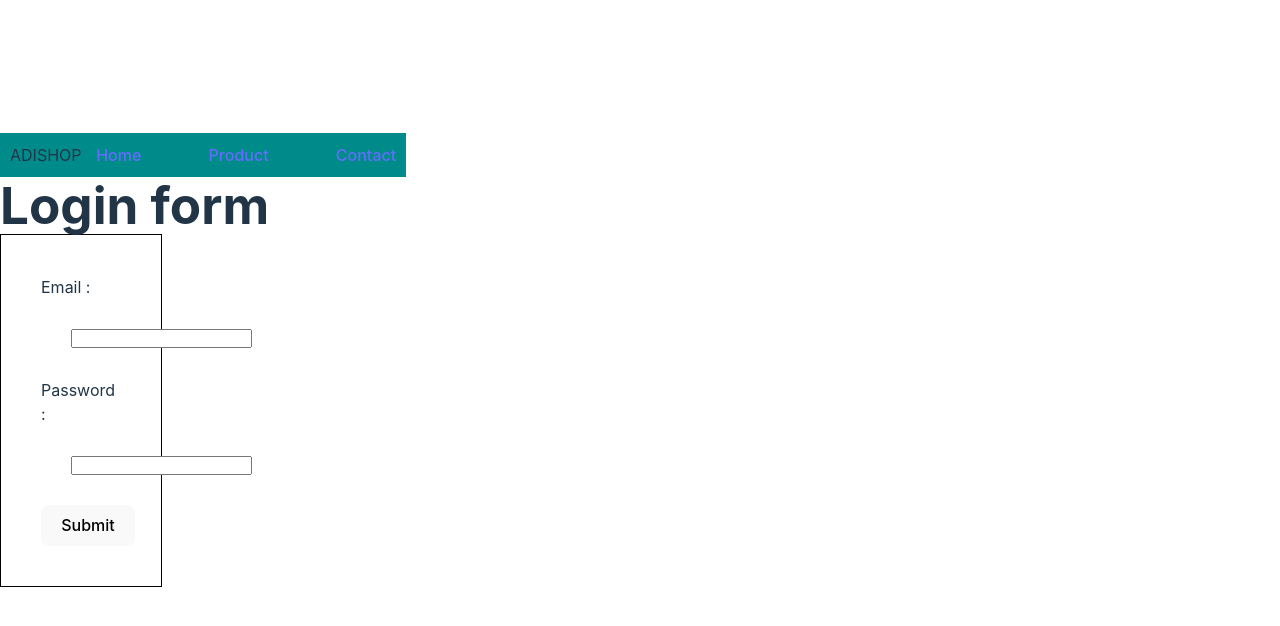
Repository: Aditya0377/React-ecommercewebsite
Page: /login (app in ecommerce/)
The author's editor kept a copy of each file at every save. The page is drawn from the files as they stood at one save, then again after the next save.
The browser window is 1280 px wide. The pictures show the whole page.
The project was rebuilt for these pictures with package versions that can differ from the ones it lists, and the page was loaded fresh each time. Also part of the build but not shown: ecommerce/vite.config.js, ecommerce/src/components/Home.jsx, ecommerce/src/components/Product.css, ecommerce/src/components/Product.jsx, ecommerce/src/components/Contact.jsx.

Above is the page before, as saved 2025-01-21 16:00:19.

### ecommerce/src/main.jsx
import { BrowserRouter } from 'react-router-dom'
import { createRoot } from 'react-dom/client'
import './index.css'
import App from './App.jsx'

createRoot(document.getElementById('root')).render(
  <BrowserRouter>
    <App />
  </BrowserRouter>


)

### ecommerce/src/App.jsx
import React from 'react'
import Header from './components/Header'
import { Routes, Route } from 'react-router-dom'
import Home from './components/Home'
import Product from './components/Product'
import Contact from './components/Contact'
import Login from './components/Login'

const App = () => {
  return (
    <div>
      <Header />
      <Routes>
        <Route path='/' element={<Home />} />
        <Route path='/product' element={<Product />} />
        <Route path='/contact' element={<Contact />} />
        <Route path='/login' element={<Login />} />


      </Routes>
    </div>
  )
}

export default App

### ecommerce/src/components/Header.jsx
import React from 'react'
import "./Header.css"
import { Link } from "react-router-dom"
const Header = () => {
    return (
        <div className='nav'>
            <div className="logo">ADISHOP</div>
            <div className="menu">
                <ul>
                    <li>
                        <Link to='/'>Home</Link>
                    </li>
                    <li>
                        <Link to='/product'>Product</Link>
                    </li>
                    <li>
                        <Link to='/contact'>Contact</Link>

                    </li>
                </ul>
            </div>
        </div>
    )
}

export default Header

### ecommerce/src/components/Login.jsx
import React from 'react'

const Login = () => {
    return (
        <div>
            <h1>Login form</h1>
            <div className='paradiv'>
                <form className='contact'>
                    <label>Email :</label>
                    <input type='email' /><br />
                    <label>Password :</label>
                    <input type='password' /><br />
                    <button>Submit</button><br />

                </form>
            </div >

        </div>
    )
}

export default Login

### ecommerce/src/components/Header.css
*{
    box-sizing: border-box;
    margin: 0px;
    padding: 0px;
}

.nav{
    padding:10px;
    display: flex;
    justify-content: space-between;
    align-items: center;
    background-color: darkcyan;
}
.menu ul {
    list-style: none;
    display: flex;
    width: 300px;
    justify-content: space-between;
}

### ecommerce/src/components/Contact.css
.contact{
    padding: 40px;
border:1px solid black;
width : 40%;

}
.contact input{
    margin:30px;

}

Loaded but not shown: ecommerce/index.html (common file); ecommerce/src/index.css (common file); ecommerce/src/components/Login.css (common file); ecommerce/src/components/Home.css (no stored copy; drawn as an empty file)

After the next save:
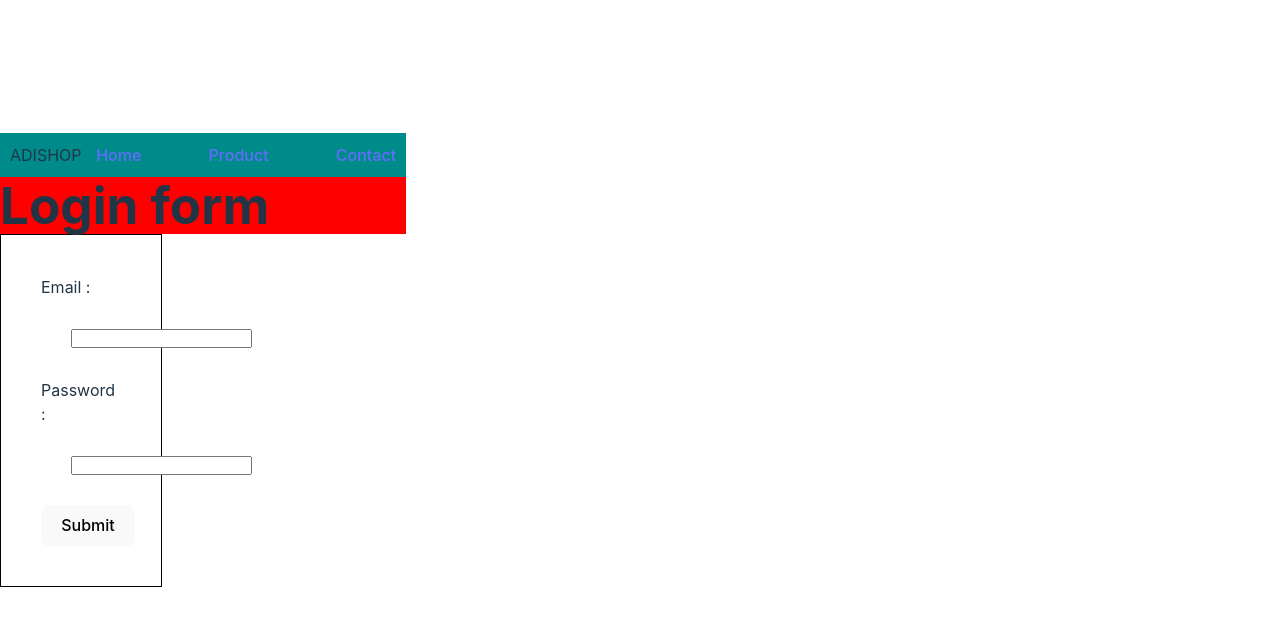
Saved 15 s later.
--- a/ecommerce/src/components/Login.jsx
+++ b/ecommerce/src/components/Login.jsx
@@ -1,5 +1,5 @@
 import React from 'react'
-
+import './Login.css'
 const Login = () => {
     return (
         <div>
